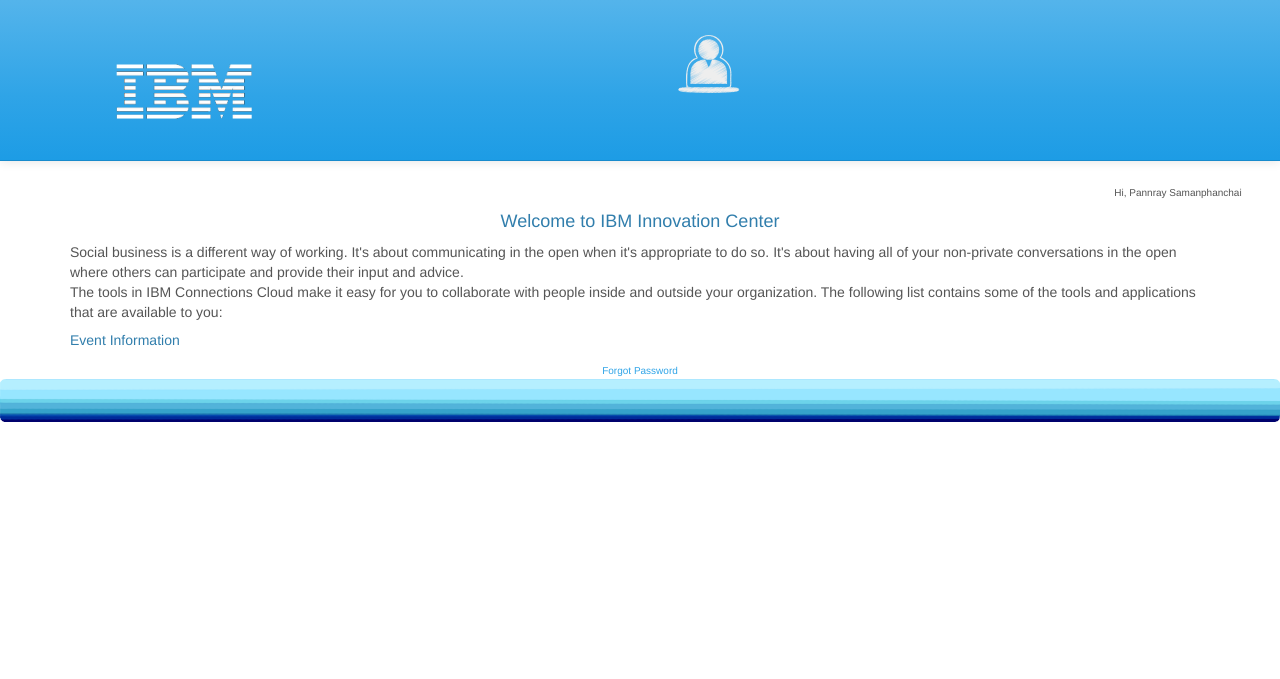
Repository: InnovationCenterOrg/InnovationCustomer
Page: http://localhost/InnovationCustomer/view/test.jsp
The author's editor kept a copy of each file at every save. The page is drawn from the files as they stood at one save, then again after the next save.
The browser window is 1280 px wide. The pictures show the whole page.
Some web libraries are served in a nearby version. The page is served by Tomcat 9.

Above is the page before, as saved 2016-03-03 04:30:18.

After the next save:
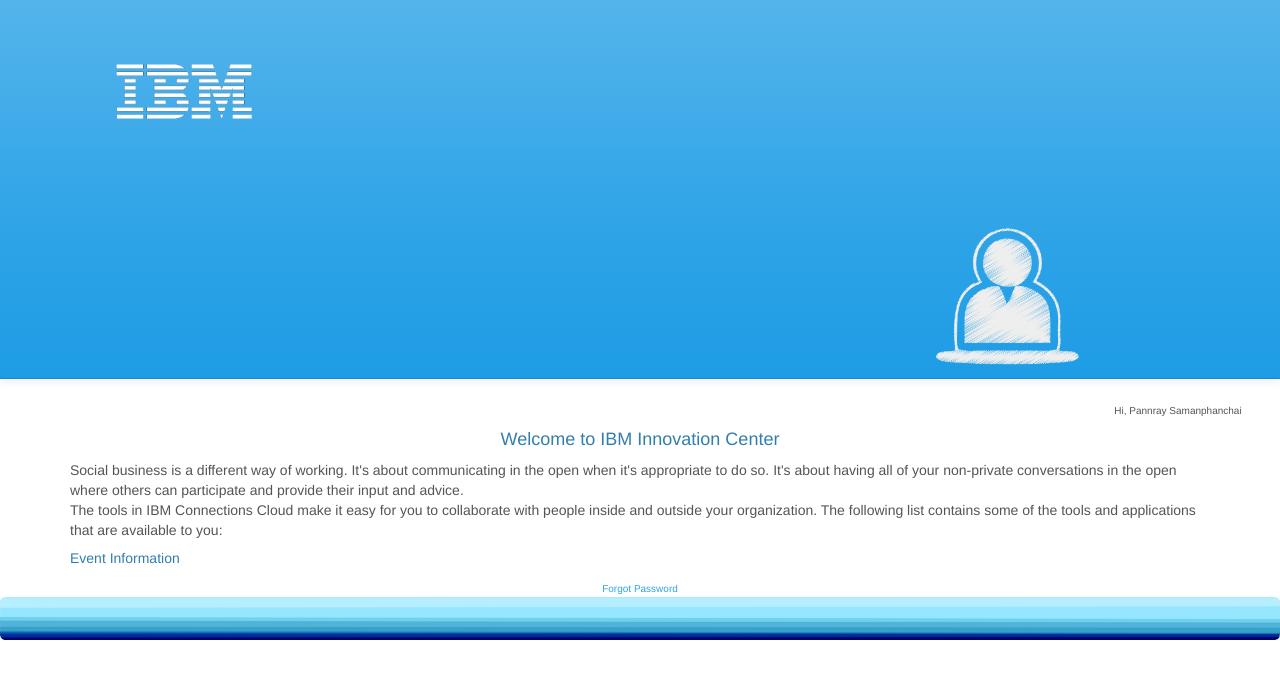
Saved 10 s later.
--- a/InnovationCustomer/WebContent/view/test.jsp
+++ b/InnovationCustomer/WebContent/view/test.jsp
@@ -24,7 +24,7 @@
 			</a>
 			</div>
 			<div>
-			  	<a class="btn dropdown-toggle" data-toggle="dropdown" href="#" style="width: 40%">
+			  	<a class="btn dropdown-toggle" data-toggle="dropdown" href="#" style="width: 90%">
 			    	<img style="margin-top: 5%" align="right" class="img-responsive" src="profile_icon_3.ico" width="15%" height="15%"/>
 			 	 </a>
 			  	<ul class="dropdown-menu  pull-right" role="menu">
